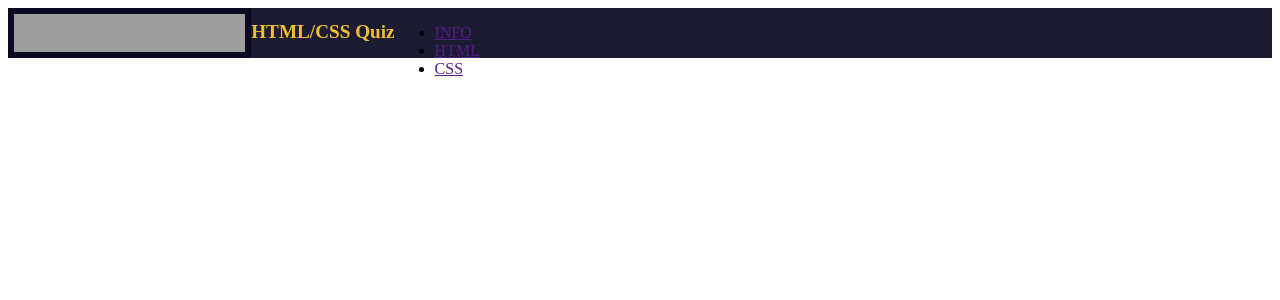
Repository: Lungdjos/accessibility_build_quiz
Page: index.html
These files come from the project's save history. The page is drawn as it stood at one moment and after a run of saves; the edit follows.
The browser window is 1280 px wide. The pictures show the whole page.
Pictures or frames that could not be fetched are drawn as grey boxes.

Above is the page before, as saved 2023-10-28 04:11:18.

### index.html
<!DOCTYPE html>
<html lang="en">

<head>
    <meta charset="UTF-8">
    <meta name="viewport" content="width=device-width, initial-scale=1.0">
    <meta name="description" content="Accessibility">
    <title>HTML/CSS Test Quiz</title>
    <link rel="stylesheet" href="styles.css">
</head>

<body>
    <header>
        <img src="https://cdn.freecodecamp.org/platform/universal/fcc_primary.svg" alt="" id="logo">
        <h1>HTML/CSS Quiz</h1>
        <nav>
            <ul>
                <li>
                    <a href="">info</a></li>
                <li>
                    <a href="">html</a></li>
                <li>
                    <a href="">css</a></li>
            </ul>
        </nav>
    </header>
    <main>

    </main>
</body>

</html>

### styles.css
#logo {
    width: max(100px, 18vw);
    background-color: #0a0a23;
    aspect-ratio: 35/4;
    padding: .4rem;
}

header {
    display: flex;
    background-color: #1b1b32;
    height: 50px;
    width: 100%;
}

h1 {
    color: #f1be32;
    font-size: min(5vw, 1.2em);
}

nav>ul {
    text-transform: uppercase;
    text-decoration: none;
    justify-content: ;
}

After the next 4 saves:
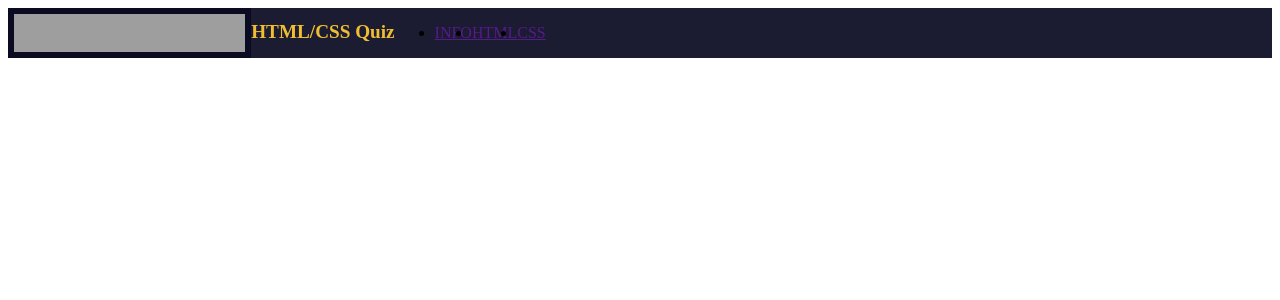
The 4 saves are shown as one change because they came seconds apart.
The last was saved 10 s later.
--- a/styles.css
+++ b/styles.css
@@ -20,5 +20,6 @@ h1 {
 nav>ul {
     text-transform: uppercase;
     text-decoration: none;
-    justify-content: ;
+    justify-content: space-evenly;
+    display: flex;
 }
